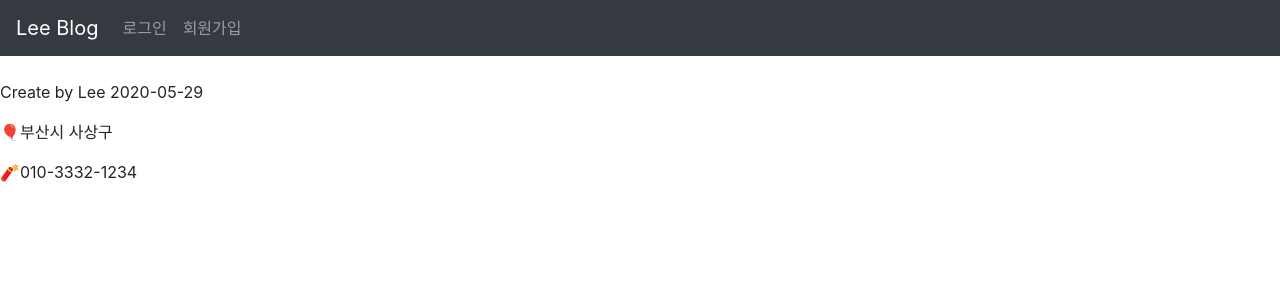
Repository: bk6717/jspwork
Page: http://localhost/blog/include/footer.jsp
The author's editor kept a copy of each file at every save. The page is drawn from the files as they stood at one save, then again after the next save.
The browser window is 1280 px wide. The pictures show the whole page.
The page is served by Tomcat 9.

Above is the page before, as saved 2020-05-29 02:08:19.

After the next save:
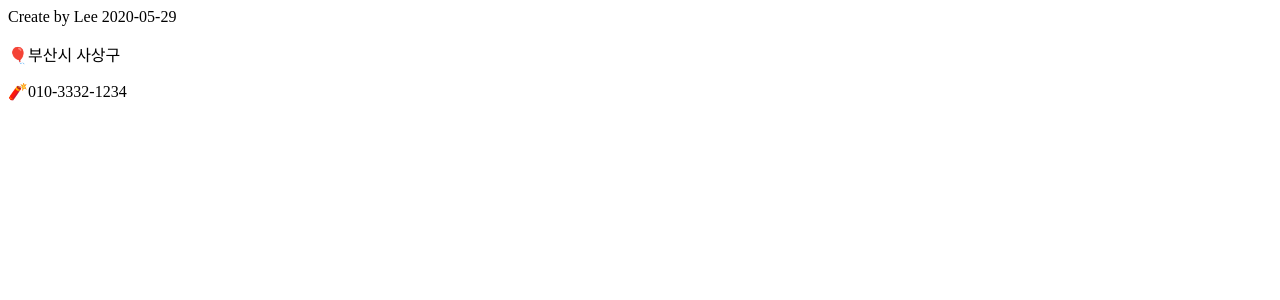
Saved 84 s later.
--- a/blog2/src/com/cos/blog/WebContent/include/footer.jsp
+++ b/blog2/src/com/cos/blog/WebContent/include/footer.jsp
@@ -1,7 +1,7 @@
 <%@ page language="java" contentType="text/html; charset=UTF-8"
     pageEncoding="UTF-8"%>
 
-<%@ include file = "../include/nav.jsp" %> <!--  상대경로.. -->
+<div class = "jumbotron text-center" style="margin-bottom:0">
  <p>Create by Lee 2020-05-29</p>
    <p>🎈부산시 사상구 </p>
    <p>🧨010-3332-1234 </p>
